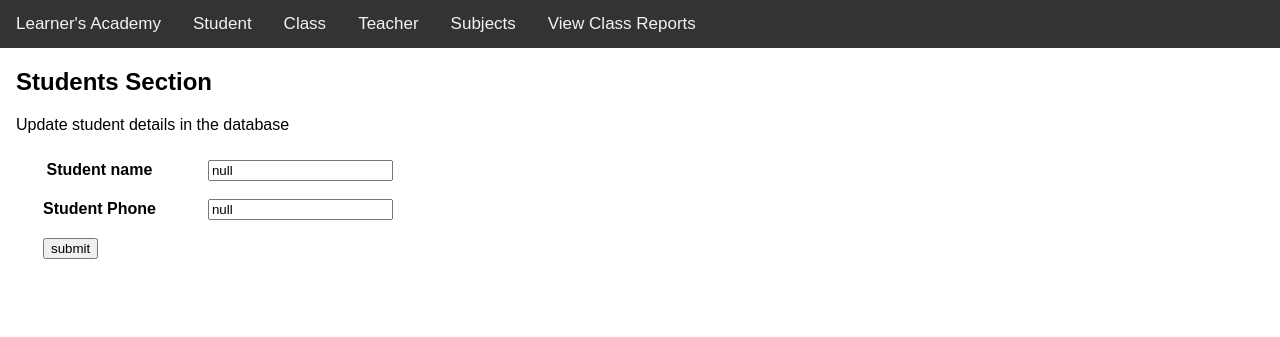
Repository: chirag627/Phase-2-Project
Page: http://localhost/Academy/web/student/student_update.jsp
The author's editor kept a copy of each file at every save. The page is drawn from the files as they stood at one save, then again after the next save.
The browser window is 1280 px wide. The pictures show the whole page.
The page is served by Tomcat 9.

Above is the page before, as saved 2022-08-15 13:40:23.

After the next save:
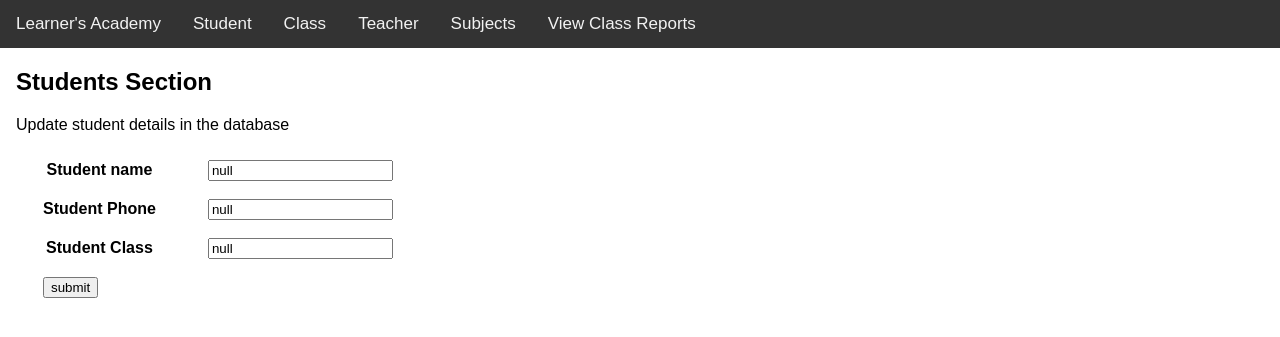
Saved 28 s later.
--- a/Academy/src/main/webapp/web/student/student_update.jsp
+++ b/Academy/src/main/webapp/web/student/student_update.jsp
@@ -75,6 +75,12 @@ ul li a {
 						value=<%out.print(request.getParameter("student_phone"));%>></th>
 				</tr>
 
+
+				<tr>
+					<th>Student Class</th>
+					<th><input type="text" required name="student_class"
+						value=<%out.print(request.getParameter("student_class"));%>></th>
+				</tr>
 				<tr>
 					<td><input type="submit" name="submit" value="submit"></td>
 				</tr>
